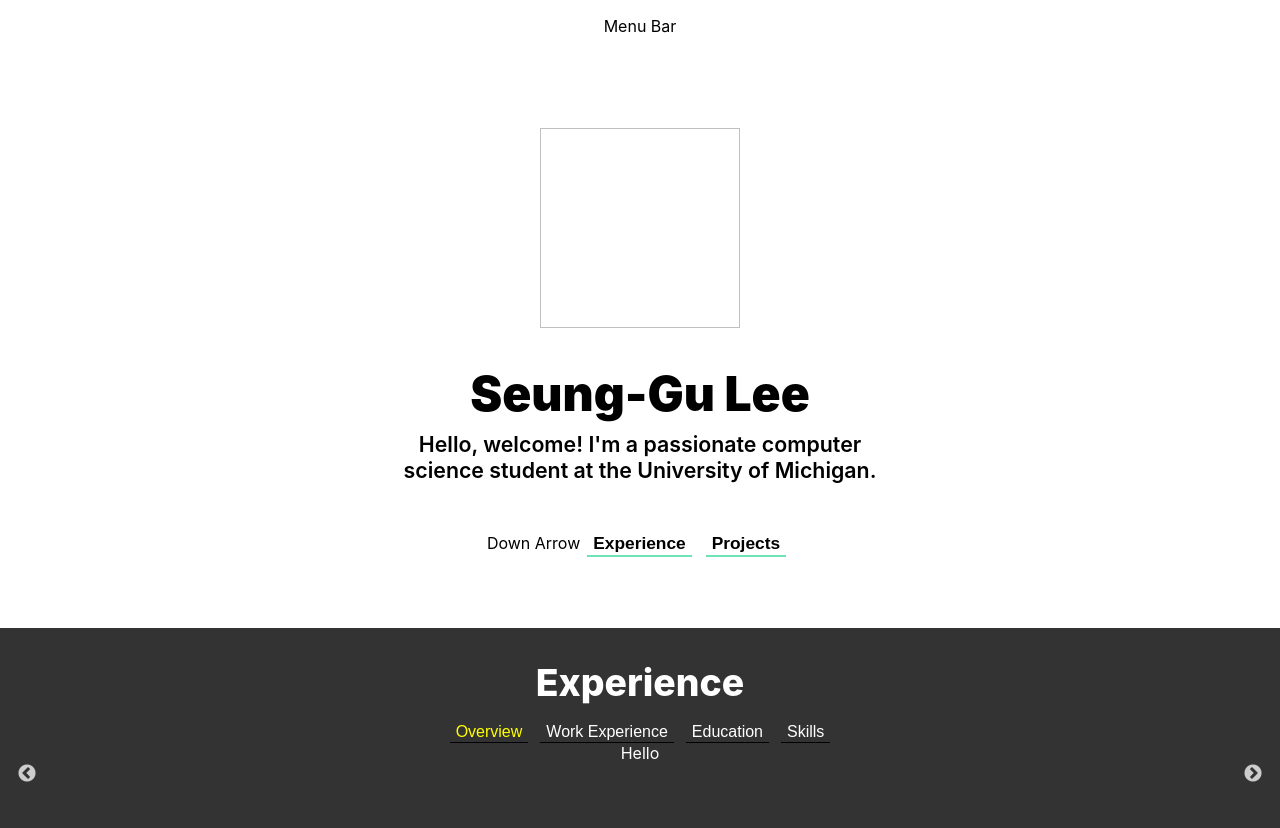
Repository: sgl33/sgl.dev-v2
Page: /
These files come from the project's save history. The page is drawn as it stood at one moment and after the next save; the edit follows.
The browser window is 1280 px wide. The pictures show the whole page.
The project was rebuilt for these pictures with package versions that can differ from the ones it lists, and the page was loaded fresh each time. Also part of the build but not shown: src/css/experiencecarousel.css.

Above is the page before, as saved 2024-02-27 22:22:56.

After the next save:
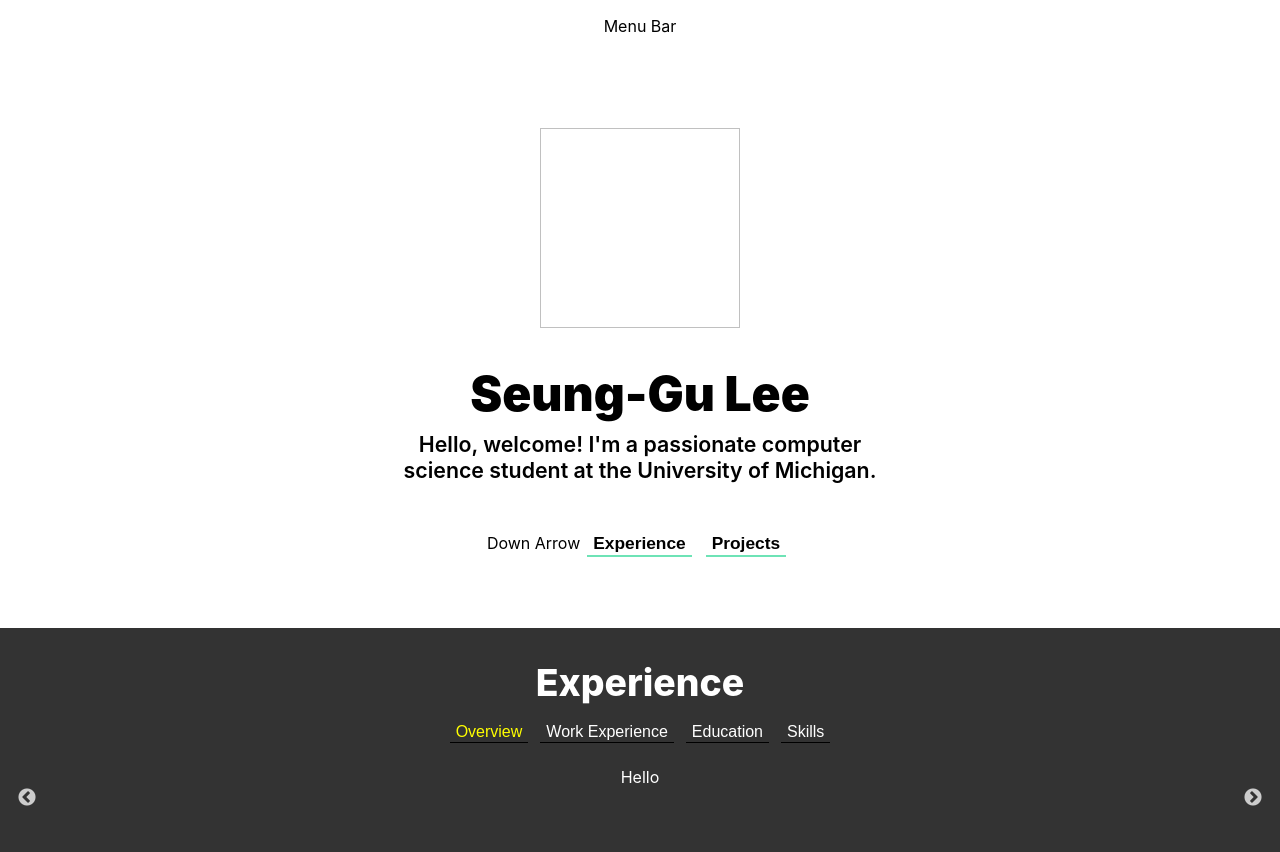
Saved 22 s later.
--- a/src/css/experience.css
+++ b/src/css/experience.css
@@ -9,6 +9,8 @@
     color: white;
     margin-top: 8px;
 }
+
+
 
 #experience-buttons-container {
     margin-top: 16px;
@@ -28,3 +30,8 @@
 .experience-button:hover {
     cursor: pointer;
 }
+
+/* Carousel */
+#experience-carousel {
+    margin-top: 24px;
+}
